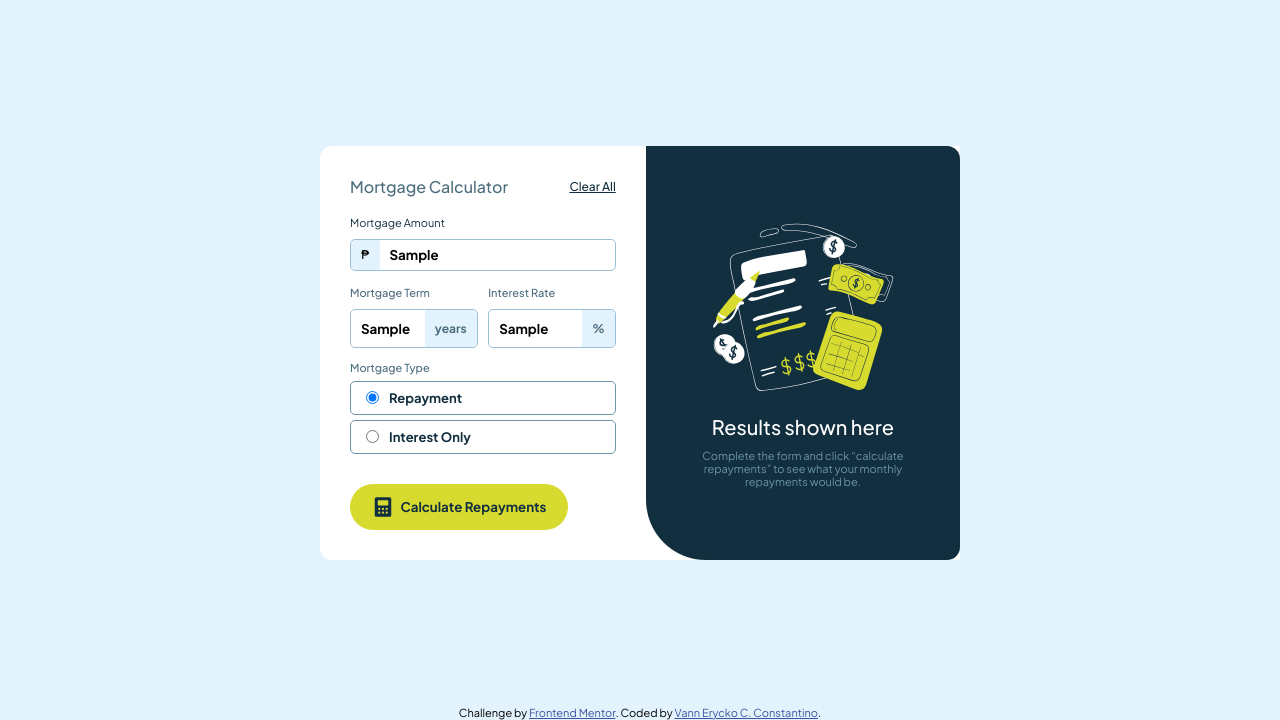
Repository: kocokoy/mortgage-repayment-calculator
Page: index.html
The author's editor kept a copy of each file at every save. The page is drawn from the files as they stood at one save, then again after the next save.
The browser window is 1280 px wide. The pictures show the whole page.
Empty fields were first filled with sample values (such as "Sample", 5 or name@example.com).
After loading, the first visible `input.mortgage-calculator-type-radio-repayment` was clicked once.

Above is the page before, as saved 2024-10-29 16:57:18.

### index.html
<!DOCTYPE html>
<html lang="en">
<head>
  <meta charset="UTF-8">
  <meta name="viewport" content="width=device-width, initial-scale=1.0"> <!-- displays site properly based on user's device -->

  <link rel="icon" type="image/png" sizes="32x32" href="./assets/images/favicon-32x32.png">
  <link rel="stylesheet" href="/styles/style.css">
  <link rel="preconnect" href="https://fonts.googleapis.com">
<link rel="preconnect" href="https://fonts.gstatic.com" crossorigin>
<link href="https://fonts.googleapis.com/css2?family=Karla:ital,wght@0,200..800;1,200..800&family=Plus+Jakarta+Sans:ital,wght@0,200..800;1,200..800&family=Red+Hat+Text:ital,wght@0,300..700;1,300..700&display=swap" rel="stylesheet">

  <title>Frontend Mentor | Mortgage repayment calculator</title>
</head>
<body>
  <div class="container">
    <div class="container-card">
      <div class="mortgage-calculator-side">
        <div class="mortgage-calculator-header">
          <p>Mortgage Calculator</p>
          <button>Clear All</button>
        </div>
        <div class="mortgage-calculator-amount">
          <p>Mortgage Amount</p>
          <label class="mortgage-calculator-amount-input">
            <div class="peso-logo">&#8369;</div>
            <input type="text" class="jsMortageAmount">
          </label>
          <div class="field-require-text">
            this field is required
          </div>
        </div>
        <div class="mortgage-calculator-term-and-interest">
          <div class="mortgage-calculator-term-section">
            <p>Mortgage Term</p>
            <div class="mortgage-calculator-term-section-mortgage">
              <input type="text" name="" id="" class="jsMortgageTerm">
              <div>years</div>
            </div>
            <div class="field-require-text">
              this field is required
            </div>
          </div>
          <div class="mortgage-calculator-term-section">
            <p>Interest Rate</p>
            <div class="mortgage-calculator-term-section-mortgage">
              <input type="text" name="" id="" class="jsMortgageInterest">
              <div>%</div>
            </div>
            <div class="field-require-text">
              this field is required
            </div>
          </div>
        </div>
        <div class="mortgage-calculator-type">
          <p>Mortgage Type</p>
          <label class="mortgage-calculator-type-radio">
            <input class="mortgage-calculator-type-radio-repayment jsRepaymentRadio" type="radio">
            <div>Repayment</div>
          </label>
          <label class="mortgage-calculator-type-radio">
            <input class="mortgage-calculator-type-radio-interest jsRepaymentInterest"  type="radio">
            <div>Interest Only</div>
          </label>
        </div>
        <div class="mortgage-calculator-button">
          <button class="jsCalculateRepayments">
            <div>
              <img src="/assets/images/icon-calculator.svg" alt="">
              <p>Calculate Repayments</p>
            </div>
          </button>
        </div>
      </div>
      <div class="result-side">
        <div class="result-empty">
          <div>
            <img src="/assets/images/illustration-empty.svg" alt="">
          </div>
          <div class="result-side-title">Results shown here</div>
          <div class="result-side-text">  Complete the form and click “calculate repayments” to see what
            your monthly repayments would be.</div>
        </div>
      </div>
    </div>
  </div>


  <div class="attribution">
    Challenge by <a href="https://www.frontendmentor.io?ref=challenge">Frontend Mentor</a>.
    Coded by <a href="#">Vann Erycko C. Constantino</a>.
  </div>
  <script src="/javascripts/script.js"></script>
</body>
</html>

### styles/style.css
:root{
/* Primary */

--lime: hsl(61, 70%, 52%);
--red: hsl(4, 69%, 50%);

/* Neutral */

--white: hsl(0, 0%, 100%);
--slate100: hsl(202, 86%, 94%);
--slate300: hsl(203, 41%, 72%);
--slate500: hsl(200, 26%, 54%);
--slate700: hsl(200, 24%, 40%);
--slate900: hsl(202, 55%, 16%);
}

.attribution {
  font-size: 11px; text-align: center;
 }
.attribution a {
  color: hsl(228, 45%, 44%);
 }

 *{
  font-family: Plus Jakarta Sans;
 }

body{
  margin: 0;
  padding: 0;
  background-color: var(--slate100);
}
.container{
  height: 98vh;
  display: flex;
  flex-direction: column;
  justify-content: center;
  align-items: center;
}
.container-card{
  display: flex;
  flex-direction: row;
  height: auto;
  width: 50%;
  background-color: var(--white);
  border-bottom-left-radius: 13px;
  border-top-left-radius: 13px;
}

.field-require-text{
  margin-top: 10px;
  color: var(--red);
  font-size: 10px;
  font-weight: 900;
  margin-bottom: 3px;
  display: none;
}
.mortgage-calculator-side{
  height: auto;
  width: auto;
  background-color: var(--white);
  border-bottom-left-radius: 13px;
  border-top-left-radius: 13px;
  padding: 30px;

}
.result-side{
  height: auto;
  width: 70%;
  padding: 30px;
  overflow: hidden;
  background-color: var(--slate900);
  border-bottom-left-radius: 60px;
  border-bottom-right-radius: 13px;
  border-top-right-radius: 13px;
  display: flex;
  flex-direction: column;
  justify-content: center;
  align-items: center;

}

/*Mortgage Calculator Header */
.mortgage-calculator-header{
  display: flex;
  flex-direction: row;
  align-items: center;
  justify-content: space-between;
}
.mortgage-calculator-header p{
 margin: 0;
 font-weight: 500;
 color: var(--slate700);
}
.mortgage-calculator-header button{
 margin: 0;
 font-weight: 500;
 font-size: 12px;
 color: var(--slate900);
 background-color: var(--white);
 text-decoration: underline;
 cursor: pointer;
 border: none;
 padding: 0;
}

/*Mortgage Calculator Amount  */
.mortgage-calculator-amount{
  padding-top: 19px ;
  display: flex;
  flex-direction: column;
  margin-bottom: 15px;
}
.mortgage-calculator-amount p{
  margin: 0;
  font-size: 11px;
  color: var(--slate900);
  padding-bottom: 10px;
}

.mortgage-calculator-amount-input{
  display: flex;
  flex-direction: row;
  height: 30px;
  border: 1px solid var(--slate300);
  border-radius: 5px;
}

.mortgage-calculator-amount-input:hover{
  border: 1px solid var(--slate900);
  transition: 0.1s;
}

.mortgage-calculator-amount-input:focus-within {
  border-color: var(--lime);
}

.mortgage-calculator-amount-input:focus-within .peso-logo {
  background-color: var(--lime);
}

.mortgage-calculator-amount-input .peso-logo{
  background-color: var(--slate100);
  height: 100%;
  width: 35px;
  display: flex;
  justify-content: center;
  align-items: center;
  font-size: 12px;
  font-weight: 500;
  border: none;
  border-top-left-radius: 5px;
  border-bottom-left-radius: 5px;
}
.mortgage-calculator-amount-input input{
  width: 100%;
  border: none;
  border-top-right-radius: 5px;
  border-bottom-right-radius: 5px;
  padding: 0 10px;
  font-weight: 700;
}

.mortgage-calculator-amount-input input:focus{
  outline: none;
}

/* Mortgage Calculator Mortgage Term and Interest Rate */

.mortgage-calculator-term-and-interest{
  display: flex;
  flex-direction: row;
  width: 100;
  justify-content: space-between;
}
.mortgage-calculator-term-section{
  width: 48%;
}
.mortgage-calculator-term-section p{
  margin: 0;
  font-size: 11px;
  color: var(--slate700);
  padding-bottom: 10px;
  font-weight: 500;
}

.mortgage-calculator-term-section-mortgage{
  display: flex;
  flex-direction: row;
  border: 1px solid var(--slate300);
  border-radius: 5px;
}

.mortgage-calculator-term-section-mortgage input{
  width: 90%;
  padding: 10px;
  font-weight: 700;
  border: none;
  border-top-left-radius: 5px;
  border-bottom-left-radius: 5px;
}
.mortgage-calculator-term-section-mortgage div{
  width: auto;
  background-color: var(--slate100);
  color: var(--slate700);
  font-size: 12px;
  display: flex;
  justify-content: center;
  align-items: center;
  font-weight: 700;
  padding: 7px 10px;
  border-top-right-radius: 5px;
  border-bottom-right-radius: 5px;
}

.mortgage-calculator-term-section-mortgage input:focus{
  outline: none;
}

/* Mortgage Calculator Type */
.mortgage-calculator-type{
  display: block;
  margin-top: 13px;
}

.mortgage-calculator-type p{
  margin: 0;
  font-size: 11px;
  color: var(--slate700);
  padding-bottom: 2px;
  font-weight: 500;
}

.mortgage-calculator-type-radio{
  border: 1px solid var(--slate500);
  display: flex;
  flex-direction: row;
  justify-content: start;
  align-items: center;
  padding: 8px 5px ;
  margin-top: 5px;
  border-radius: 5px;
}
.mortgage-calculator-type-radio:hover{
  border: 1px solid var(--lime);
  transition: 0.3s;
  cursor: pointer;
}
.mortgage-calculator-type-radio-clicked{
  border: 1px solid var(--lime);
  transition: 0.3s;
}

.mortgage-calculator-type-radio-repayment{
  margin: 0 10px;
}

.mortgage-calculator-type-radio-interest{
  margin: 0 10px;
}

.mortgage-calculator-type-radio div{
  font-size: 13px;
  font-weight: 700;
  color: var(--slate900);
}

/* Mortgage Calculator Type Button */

.mortgage-calculator-button{
  margin-top: 30px;
  display: flex;
  justify-content: start;
  align-items: start;

  transition: 0.3s;
}
.mortgage-calculator-button:hover{
  opacity: 80%;
}

.mortgage-calculator-button button{
  display: flex;
  flex-direction: row;
  background-color: var(--lime);
  color: var(--slate900);
  border: none;
  border-radius: 100px;
  width: 82%;
  cursor: pointer;
}

.mortgage-calculator-button button img{
  margin: 0;
  display: flex;
  justify-content: center;
}

.mortgage-calculator-button button p{
  font-weight: 700;
  margin-left: 5px;
}
.mortgage-calculator-button button div{
  display: flex;
  justify-content: center;
  width: 100%;
}

/* Result Side */
.result-empty{
  display: flex;
  flex-direction: column;
  justify-content: center;
  align-items: center;

}
.result-side-title{
  color: var(--white);
  font-weight: 500;
  font-size: 20px;
}
.result-side-text{
  margin-top: 10px;
  color: var(--slate500);
  font-size: 11px;
  text-align: center;
}

### javascripts/script.js
const calculateButton = document.querySelector('.jsCalculateRepayments');
const mortgageAmountElement = document.querySelector('.jsMortageAmount');
const mortgageTermElement = document.querySelector('.jsMortgageTerm');
const mortgageInterestElement = document.querySelector('.jsMortgageInterest');
// radio buttons
const repaymentRadioElement = document.querySelector('.jsRepaymentRadio');
const interestRadioElement = document.querySelector('.jsRepaymentInterest');


calculateButton.addEventListener('click', () => {
  console.log(mortgageAmountElement.value);
  console.log(mortgageTermElement.value);
  console.log(mortgageInterestElement.value);

})

let repaymentRadioClicked = false;
let interestRadioClicked = false;

console.log(repaymentRadioElement.parentElement);

repaymentRadioElement.addEventListener('click', () =>{
  if(repaymentRadioClicked){
    // repaymentRadioElement.classList.remove('mortgage-calculator-type-radio-clicked');

    repaymentRadioElement.checked = false;
    repaymentRadioClicked = false;
  }else{
    repaymentRadioClicked = true;
    // repaymentRadioElement.classList.add('mortgage-calculator-type-radio-clicked');

    interestRadioElement.checked = false;
    interestRadioClicked = false;
  }
});

interestRadioElement.addEventListener('click', () =>{
  if(interestRadioClicked){
    interestRadioElement.checked = false;
    interestRadioClicked = false;
  }else{
    interestRadioClicked = true;
    repaymentRadioElement.checked = false;
    repaymentRadioClicked = false;
  }
});

After the next save:
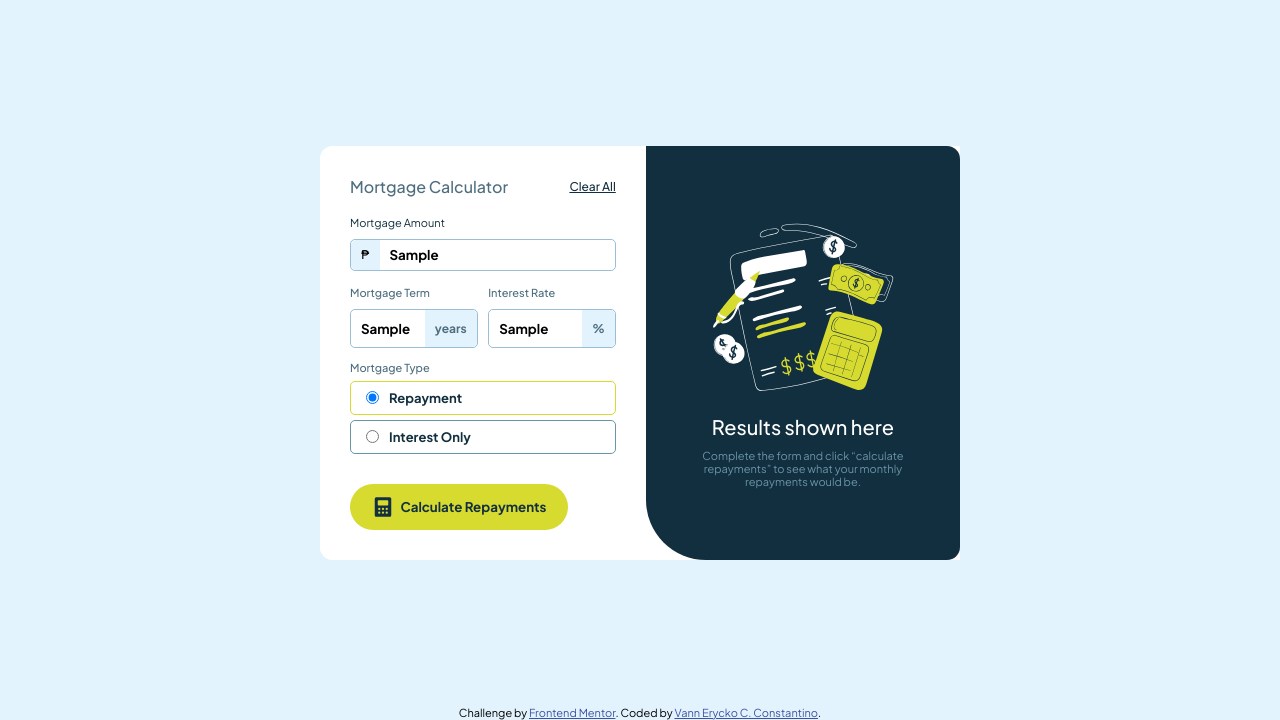
Saved 40 s later.
--- a/javascripts/script.js
+++ b/javascripts/script.js
@@ -17,17 +17,17 @@ calculateButton.addEventListener('click', () => {
 let repaymentRadioClicked = false;
 let interestRadioClicked = false;
 
-console.log(repaymentRadioElement.parentElement);
+const parentLabel = repaymentRadioElement.parentElement;
 
 repaymentRadioElement.addEventListener('click', () =>{
   if(repaymentRadioClicked){
-    // repaymentRadioElement.classList.remove('mortgage-calculator-type-radio-clicked');
+    parentLabel.classList.remove('mortgage-calculator-type-radio-clicked');
 
     repaymentRadioElement.checked = false;
     repaymentRadioClicked = false;
   }else{
     repaymentRadioClicked = true;
-    // repaymentRadioElement.classList.add('mortgage-calculator-type-radio-clicked');
+    parentLabel.classList.add('mortgage-calculator-type-radio-clicked');
 
     interestRadioElement.checked = false;
     interestRadioClicked = false;
